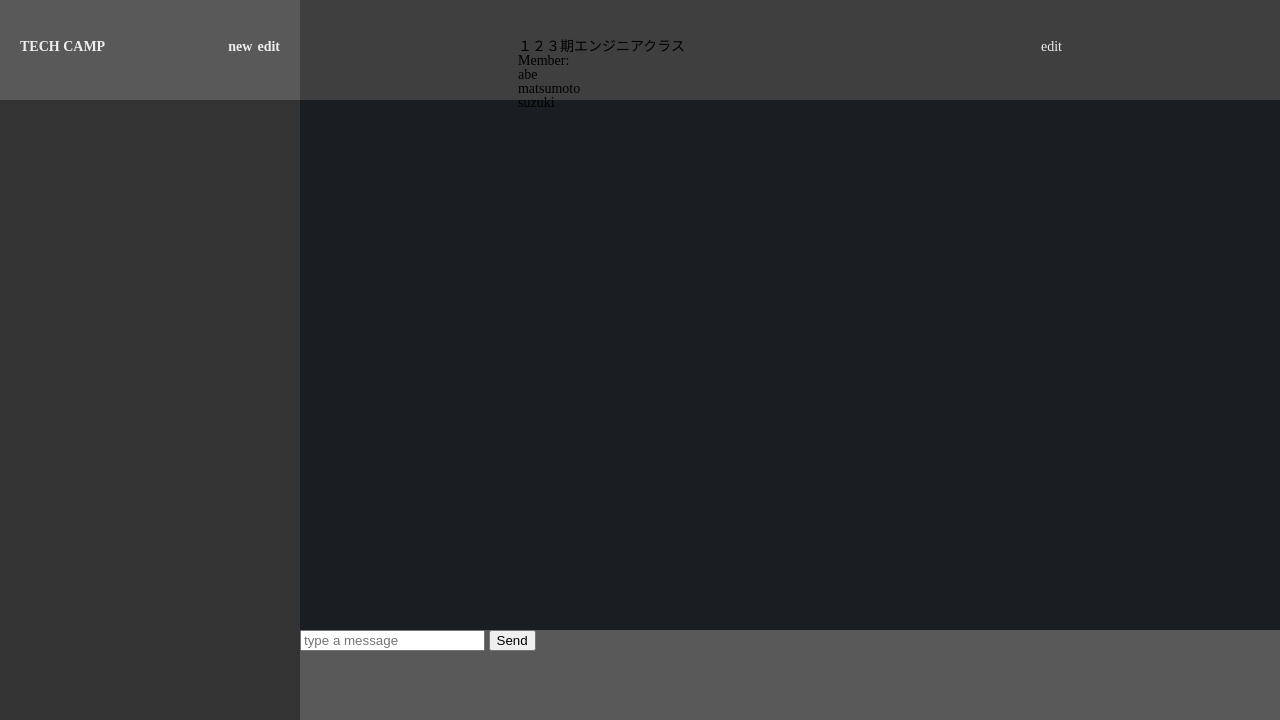
Repository: gorirawomen/first_app
Page: chat-app/index.html
The author's editor kept a record of every edit. The page is drawn from the files as they stood at one moment, then again after the next edit.
The browser window is 1280 px wide. The pictures show the whole page.

Above is the page before.

After the next edit:
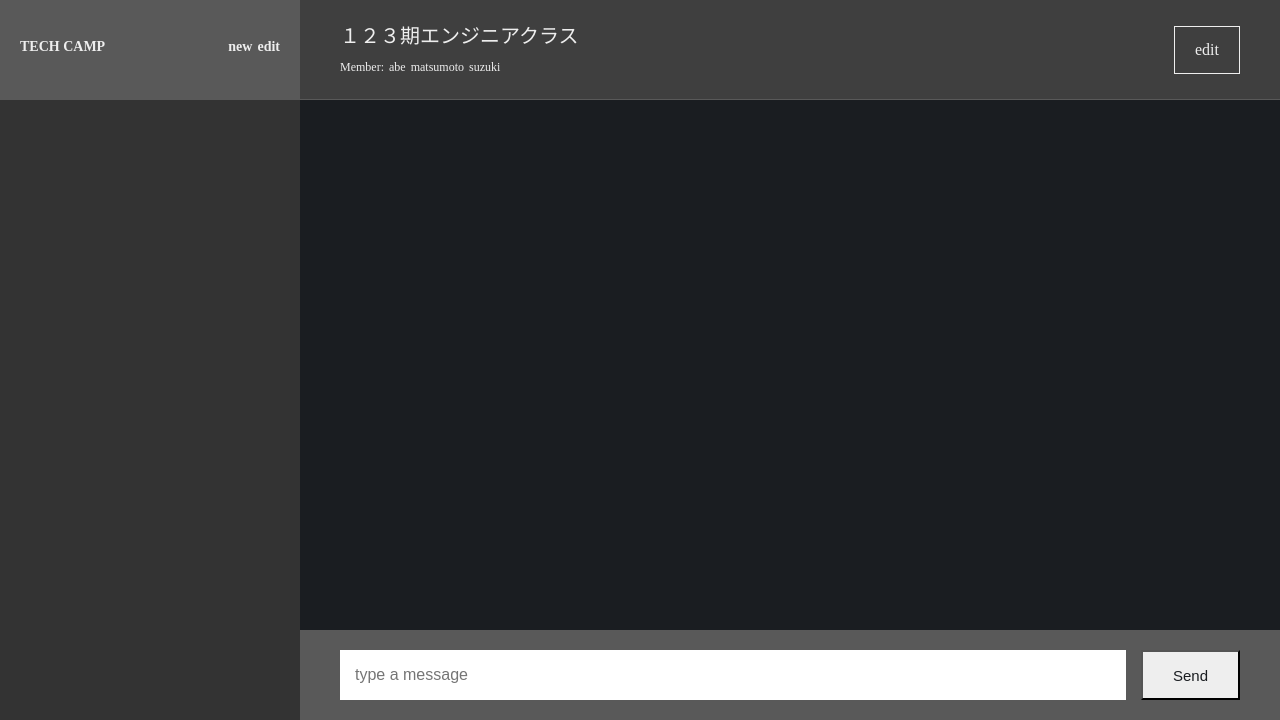
The edit:
--- a/chat-app/style.css
+++ b/chat-app/style.css
@@ -1,58 +1,58 @@
 .wrapper {
-    display: flex;
-    height: 100vh;
+  display: flex;
+  height: 100vh;
 }
 
 .chat-side {
-    background-color: #333333;
-    width: 300px;
+  width: 300px;
+  background-color: #333333;
 }
 
 .chat-main {
-    background-color: #1a1d21;
-    width: calc(100% - 300px);
+  width: calc(100% - 300px);
+  background-color: #1a1d21;
 }
 
 .side-header {
-    background-color: #595959;
-    height: 100px;
-    width: 300px;
-    display: flex;
-    align-items: center;
+  background-color: #595959;
+  height: 100px;
+  display: flex;
+  align-items: center;
+}
+
+.groups {
+  background-color: #333333;
+  height: calc(100vh - 100px);
+}
+
+.main-header {
+  height: 100px;
+  background-color: #3f3f3f;
+  border-bottom: 1px solid #595959;
+  display: flex;
+  padding: 0 40px;
+  align-items: center;
+  justify-content: space-between;
+}
+
+.messages {
+  background-color: #1a1d21;
+  height: calc(100vh - 190px);
+}
+
+.form {
+  background-color: #595959;
+  height: 90px;
+  padding: 20px 40px;
 }
 
 .side-box {
-    height: 20px;
-    width: 260px;
-    margin: 0 20px;
-    display: flex;
-    justify-content: space-between;
-    font-weight: bold;
-}
-
-.side-box.a{
-    font : white;
-}
-
-.gropus {
-    background-color: #333333;
-    height: calc(100% - 100px);
-    width: 300px;
-}
-
-.main-header {
-    background-color: #3f3f3f;
-    height: 100px;
-}
-
-.messages {
-    background-color: #1a1d21;
-    height: calc(100% - 190px)
-}
-
-.form {
-    background-color: #595959;
-    height: 90px;
+  height: 20px;
+  width: 260px;
+  margin: 0 20px;
+  display: flex;
+  justify-content: space-between;
+  font-weight: bold;
 }
 
 .user-name {
@@ -60,22 +60,59 @@
 }
 
 .menu {
-    display: flex;
-    text-decoration: none;
+  display: flex;
 }
 
 .new-group {
-    margin-right : 5px;
+  margin-right: 5px;
 }
 
 a {
-    text-decoration: none;
-    color: #eeeeee;
+  text-decoration: none;
+  color: #eeeeee;
 }
 
-.main-header {
-    display: flex;
-    justify-content: space-around;
-    aligin-items: center;
-    padding: 40px;
+.current-group {
+  color: #eeeeee;
+  margin-bottom: 15px;
+  font-size: 20px;
 }
+
+.member-list {
+  font-size: 12px;
+  color: #eeeeee;
+  display: flex;
+}
+
+.member {
+  margin-left: 5px;
+}
+
+.edit-btn {
+  font-size: 16px;
+  border: 1px solid #eeeeee;
+  padding: 15px 20px;
+}
+
+.new-message {
+  display: flex;
+}
+
+.input-text {
+  font-size: 16px;
+  height: 50px;
+  width: 100%;
+  padding: 0 15px;
+  color: #434a54;
+  border-style: none;
+}
+
+.submit-btn {
+  width: 100px;
+  height: 50px;
+  padding: 0 30px;
+  margin-left: 15px;
+  background-color: #eeeeee;
+  font-size: 15px;
+  color: #1a1d21;
+}
